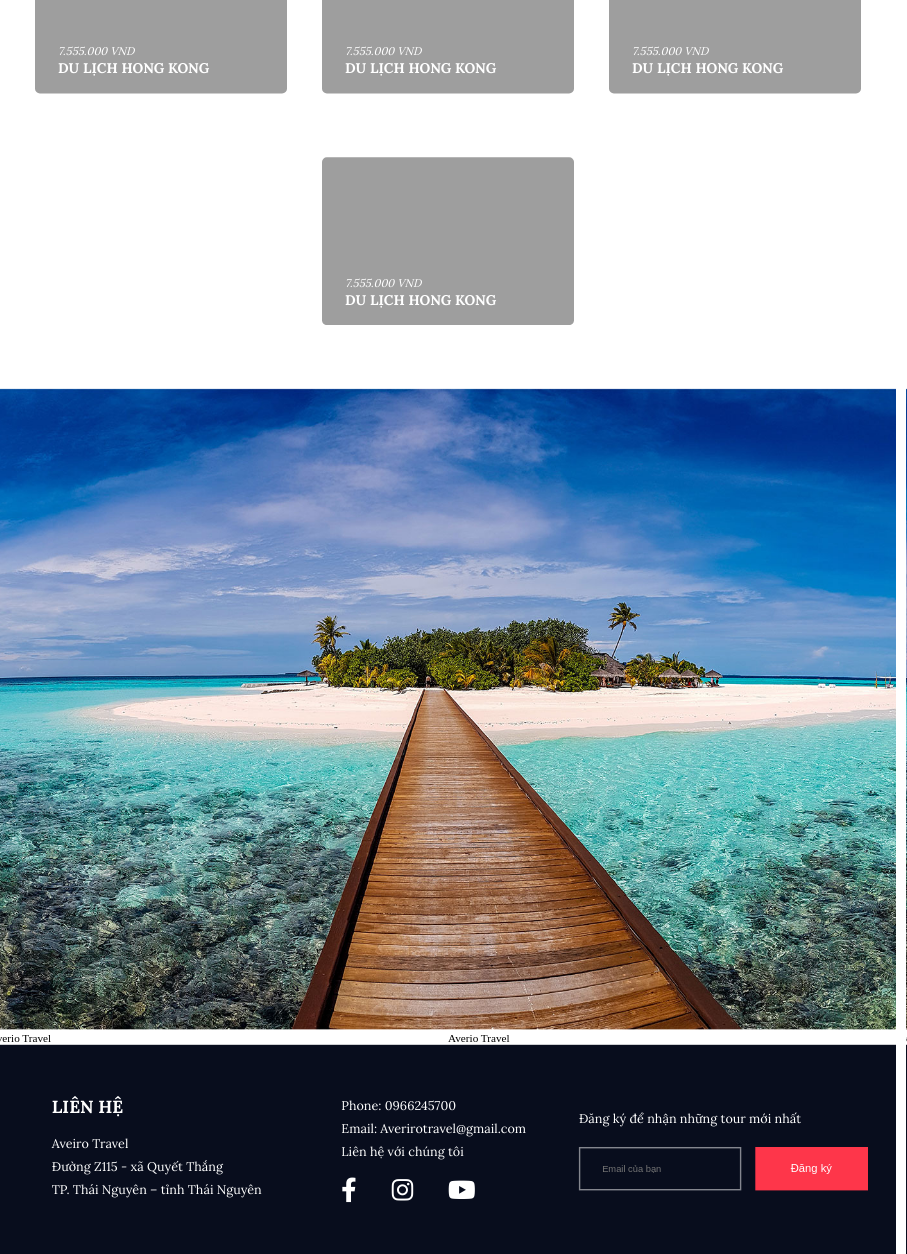
Repository: tuan842001/demotest
Page: /
The author's editor kept a copy of each file at every save. The page is drawn from the files as they stood at one save, then again after the next save.
The browser window is 1280 px wide. The page is 1295 px wide, so the pictures cover 1295 px, including what lies to the right of the window. The pictures show the part of the page from y = 1152 to 3032 px (the page is 2944 px tall before and 3032 px after), at 70% of full size.
Pictures or frames that could not be fetched are drawn as grey boxes. The project was rebuilt for these pictures with package versions that can differ from the ones it lists, and the page was loaded fresh each time. Also part of the build but not shown: src/pages/intour/Intour.jsx.

Above is the page before, as saved 2021-10-14 00:21:50.

### public/index.html
<!DOCTYPE html>
<html lang="en">
  <head>
    <meta charset="utf-8" />
    <link rel="icon" href="%PUBLIC_URL%/favicon.ico" />
    <meta name="viewport" content="width=device-width, initial-scale=1" />
    <meta name="theme-color" content="#000000" />
    <meta name="description" content="Web site created using create-react-app"/>
    <link href="https://fonts.googleapis.com/css2?family=Lora:wght@400;500;600;700&display=swap" rel="stylesheet">
    <link rel="stylesheet" href="https://cdnjs.cloudflare.com/ajax/libs/font-awesome/6.0.0-beta2/css/all.min.css" integrity="sha512-YWzhKL2whUzgiheMoBFwW8CKV4qpHQAEuvilg9FAn5VJUDwKZZxkJNuGM4XkWuk94WCrrwslk8yWNGmY1EduTA==" crossorigin="anonymous" referrerpolicy="no-referrer" />
    <style>
      * {
        margin: 0;
      }
    </style>
    <title>Aveiro Travel</title>
  </head>
  <body>
    <noscript>You need to enable JavaScript to run this app.</noscript>
    <div id="root"></div>
  </body>
</html>

### src/App.js
import Home from './pages/home/Home';
import Intour from './pages/intour/Intour';
import TopBar from './components/topbar/TopBar';

function App() {
  return (
    <>
      <TopBar/>
      <Home/>
    </>
  );
}

export default App;

### src/pages/home/Home.jsx
import Header from "../../components/header/Header";
import Posts from "../../components/posts/Posts";
import Bottombar from "../../components/bottombar/Bottombar";
import "./home.css";

export default function Home() {
  return (
    <>
      <Header />
      <div className="home">
        <Posts />
      </div>
      <div className="last">
        <img className="lastImg" src="./assets/images/last.jpg" alt="" />
        <div className="row">
          <div className="lastLeft">
            <div className="lastItem">
              <div className="lastItemContainer">
                <div className="lastSubtitle">Averio Travel</div>
              </div>
            </div>
          </div>
          <div className="lastRight">
            <div className="lastItem">
              <div className="lastItemContainer">
                <div className="lastSubtitle">Averio Travel</div>
              </div>
            </div>
          </div>
        </div>
      </div>
      <Bottombar />
    </>
  );
}

### src/components/topbar/TopBar.jsx
import React from "react";
import "./topbar.css";

export default function TopBar() {
  return (
    <div className="top">
      <div className="topLeft">
        <img
          className="topImg"
          src="./assets/images/logoAveiroTravel.png"
          alt=""
        />
      </div>
      <div className="topCenter">
        <ul className="topList">
          <li className="topListItem">Trang Chủ</li>
          <li className="topListItem">Du lịch trong nước</li>
          <li className="topListItem">Du lịch nước ngoài</li>
          <li className="topListItem">Tin tức</li>
          <li className="topListItem">Liên hệ</li>
        </ul>
      </div>
      <div className="topRight">
        <i className="topSearchIcon fas fa-search"></i>
      </div>
    </div>
  );
}

### src/components/header/Header.jsx
import "./header.css";

export default function Header() {
  return (
    <div className="header">
      <div className="headerTitles">
        <span className="headerTitleSm">Take Your Next Trip with</span>
        <span className="headerTitleLg">Aveiro Travel</span>
      </div>
      <img
        className="headerTitImg"
        src="https://scontent.fhan2-1.fna.fbcdn.net/v/t31.18172-8/18836975_1742898855739770_2923034198161573841_o.jpg?_nc_cat=102&ccb=1-5&_nc_sid=e3f864&_nc_ohc=TAHD6liDrAwAX-xH0UD&_nc_oc=AQn9mgeMG2G9nJF3b1xnjH0Gy_GTukwdc_nespOYO40Gl4rFWr8DY_8unS_38Y_LJyo&tn=F0DuRFl6wdbl0pBM&_nc_ht=scontent.fhan2-1.fna&oh=aa71ee572dc3106708f34593a43ac2f4&oe=618D623E"
        alt=""
      />
    </div>
  );
}

### src/components/posts/Posts.jsx
import Post from "../post/Post";
import IntourPost from "../intourPost/IntourPost";
import "./posts.css";

export default function Posts() {
  return (
    <div className="posts">
      <IntourPost />
      <Post />
      <Post />
      <Post />
      <Post />
      <Post />
      <Post />
    </div>
  );
}

### src/components/bottombar/Bottombar.jsx
import "./bottombar.css";

export default function Bottombar() {
  return (
    <div className="bottombar">
      <div className="bottomLeft">
        <span className="bottomTitle">LIÊN HỆ</span>
        <span className="bottomText">Aveiro Travel</span>
        <span className="bottomText">Đường Z115 - xã Quyết Thắng</span>
        <span className="bottomText">TP. Thái Nguyên – tỉnh Thái Nguyên</span>
      </div>
      <div className="bottomCenter">
        <span className="bottomText">Phone: 0966245700</span>
        <span className="bottomText">Email: Averirotravel@gmail.com</span>
        <span className="bottomText">
          Liên hệ với chúng tôi <i></i>
        </span>
        <div className="bottomItem">
          <i className="bottomIcon fab fa-facebook-f"></i>
          <i className="bottomIcon fab fa-instagram"></i>
          <i className="bottomIcon fab fa-youtube"></i>
        </div>
      </div>
      <div className="bottomRight">
        <span className="bottomText">Đăng ký để nhận những tour mới nhất</span>
        <div className="bottomSubscribe">
          <input
            type="email"
            id="bottom_input"
            className="bottom_input"
            placeholder="Email của bạn"
          />
          <button type="submit" id="bottom_button" class="bottom_button">
            Đăng ký
          </button>
        </div>
      </div>
    </div>
  );
}

### src/pages/home/home.css
.home{
    display: flex;
}
.lastImg{
    width: 100%;
    height: 915px;
    object-fit: cover;
}
.row{
    display: -ms-flexbox;
    display: flex;
    -ms-flex-wrap: wrap;
    flex-wrap: wrap;
    margin-right: -15px;
    margin-left: -15px;
}
.lastLeft, .lastRight{
    flex: 6;
}
.lastItem{
    padding-right: 41px;
}

### src/components/intourPost/IntourPost.jsx
import "./intourPost.css";

export default function IntourPost() {
  return (
    <div className="intourPost">
      <img
        className="postImg"
        src="http://localhost/halotrip/view/images/tour/Hollywood-Walk-of-Fame_220247812.jpg"
        alt=""
      />
      <div className="postInfo">
        <span className="postPrice">7.555.000 VND</span>

        <span className="postTitle">DU LỊCH HONG KONG</span>
      </div>
    </div>
  );
}

### src/components/topbar/topbar.css
.top{
    width: 100%;
    height: 90px;
    background-color: #f9f9f9;
    position: sticky;
    top: 0;
    display: flex;
    align-items: center;
    font-family: 'Lora', serif;
    color: #666;
    z-index: 999;
}

.topLeft{
    flex: 2;
    display: flex;
    align-items: center;
    justify-content: center;
}
.topCenter{
    flex: 8;
}
.topRight{
    flex: 1;
    display: flex;
    align-items: center;
    justify-content: center;
}
.topImg{
    width: 140px;
    height: 140px;
    object-fit: cover;
}
.topList{
    display: flex;
    justify-content: end;
    margin: 0;
    padding: 0;
    list-style: none;
}
.topListItem{
    margin-right: 40px;
    font-size: 20px;
    font-weight: 400;
    cursor: pointer;
}
.topSearchIcon{
    font-size: 25px;
    color: #666;
    cursor: pointer;
}

### src/components/header/header.css

.headerTitles{
    display: flex;
    flex-direction: column;
    align-items: center;
    font-family: 'Lora', serif;
    color: #fff;
}
.headerTitleSm{
    position: absolute;
    top: 20%;
    font-size: 80px;
}
.headerTitleLg{
    position: absolute;
    top: 30%;
    font-size: 80px;
}
.headerTitImg{
    width: 100%;
    height: 500px;
    object-fit: cover;
}

### src/components/post/Post.jsx
import "./post.css";
export default function Post() {
  return (
    <div className="post">
      <img
        className="postImg"
        src="http://localhost/halotrip/view/images/tour/Hollywood-Walk-of-Fame_220247812.jpg"
        alt=""
      />
      <div className="postInfo">
        <span className="postPrice">7.555.000 VND</span>

        <span className="postTitle">DU LỊCH HONG KONG</span>
      </div>
    </div>
  );
}

### src/components/posts/posts.css
.posts {
    padding-top: 120px;
    display: flex;
    flex-wrap: wrap;
    align-items: center;
    justify-content: center;
    width: 100%;
    padding-right: 15px;
    padding-left: 15px;
    margin-right: auto;
    margin-left: auto;
}

### src/components/bottombar/bottombar.css
.bottombar{
    width: 100%;
    height: 300px;
    background-color: #080d1d;
    display: flex;
    align-items: center;
    font-family: 'Lora', serif;
    color: #fff;
    font-size: 18px;
}
.bottomLeft, .bottomCenter {
    flex: 3;
    display: flex;
    flex-direction: column;
    justify-content: center;
    margin-left: 74px;
}

.bottomRight{
    flex: 4;
    display: flex;
    flex-direction: column;
    justify-content: center;
}
.bottomTitle{
    font-size: 25px;
    font-weight: 700;
    margin-bottom: 25px;
}
.bottomText{
    margin-bottom: 10px;
}
.bottomIcon{
    font-size: 35px;
    margin-top: 15px;
    margin-right: 50px;
    cursor: pointer;
}
.bottomSubscribe{
    display: flex;
    margin-top: 20px;
}
.bottom_input{
    width: calc(65% - 100px);
    height: 56px;
    border: solid 2px rgba(255,255,255,0.5);
    outline: none;
    background: transparent;
    padding-left: 31px;
    color: #FFFFFF;
}
.bottom_button{
    width: 161px;
    height: 62px;
    vertical-align: top;
    cursor: pointer;
    border: none;
    outline: none;
    background: #fe364a;
    color: #FFFFFF;
    font-size: 16px;
    margin-left: 20px;
    font-weight: 500;
    -webkit-transition: all 200ms ease;
    -moz-transition: all 200ms ease;
    -ms-transition: all 200ms ease;
    -o-transition: all 200ms ease;
    transition: all 200ms ease;
}

### src/components/intourPost/intourPost.css
.intourPost {
    width: 360px;
    margin: 0px 25px 40px 25px;
    cursor: pointer;
    position: relative;
}
.postImg{
    width: 100%;
    height: 240px;
    object-fit: cover;
    border-radius: 7px;
}
.postInfo{
    display: flex;
    flex-direction: column;
    left: 33px;
    bottom: 75px;
    color: #fff;
}
.post div {
    position: relative;
    box-sizing: border-box;
}
.postTitle{
    font-family: 'Lora', serif;
    font-size: 20px;
    font-weight: 700;
    margin-top: 2px;
}
.postPrice{
    font-family: 'Lora', serif;
    font-style: italic;
}

### src/components/post/post.css
.post {
    width: 360px;
    margin: 0px 25px 40px 25px;
    cursor: pointer;
    position: relative;

}
.postImg{
    width: 100%;
    height: 240px;
    object-fit: cover;
    border-radius: 7px;
}
.postInfo{
    display: flex;
    flex-direction: column;
    left: 33px;
    bottom: 75px;
    color: #fff;
}
.post div {
    position: relative;
    box-sizing: border-box;
}
.postTitle{
    font-family: 'Lora', serif;
    font-size: 20px;
    font-weight: 700;
    margin-top: 2px;
}
.postPrice{
    font-family: 'Lora', serif;
    font-style: italic;
}

Loaded but not shown: src/index.js (common file); src/pages/intour/intour.css (no stored copy; drawn as an empty file)

After the next save:
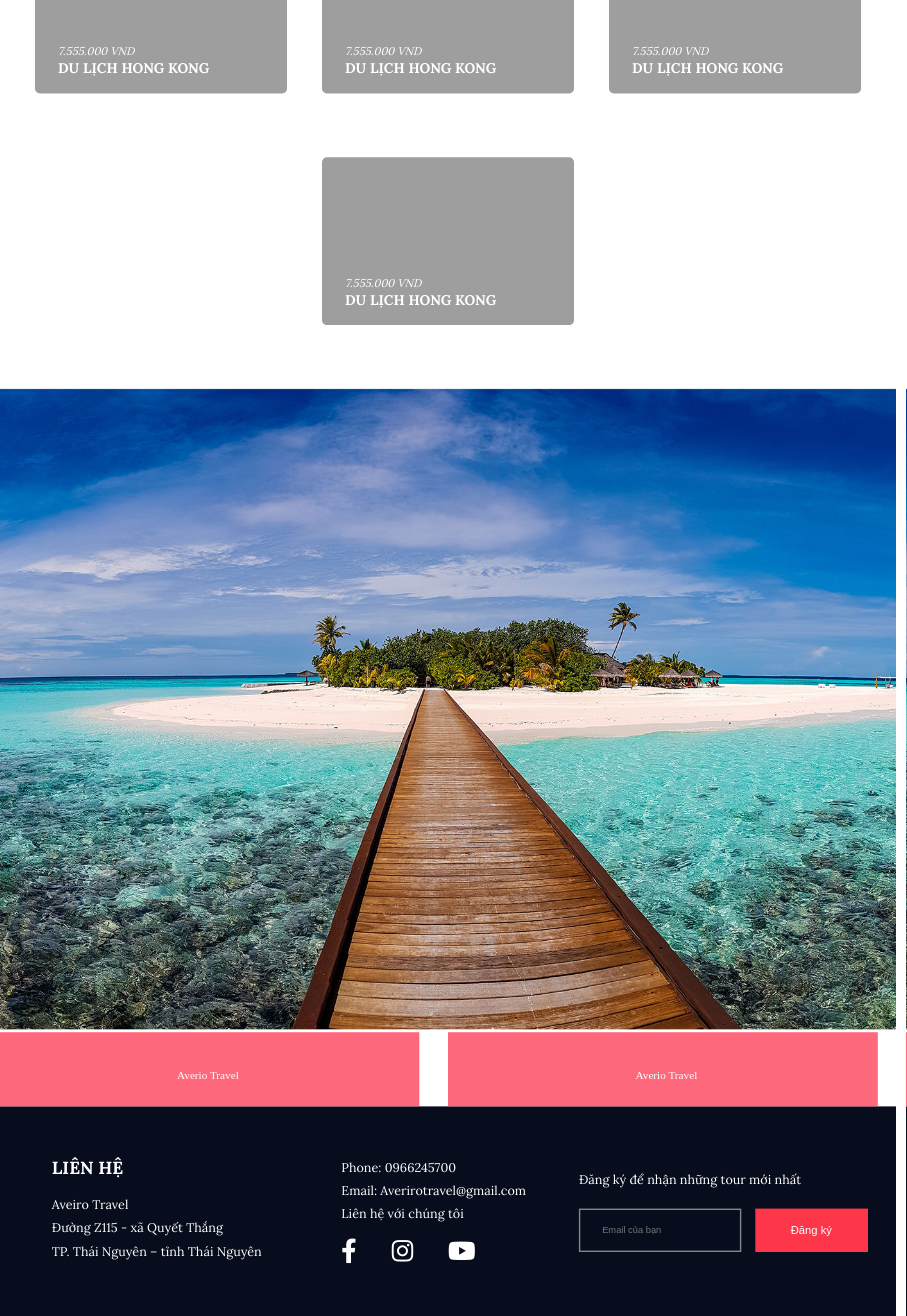
Saved 46 s later.
--- a/src/pages/home/home.css
+++ b/src/pages/home/home.css
@@ -20,3 +20,12 @@
 .lastItem{
     padding-right: 41px;
 }
+.lastItemContainer{
+    background: rgba(254, 64, 91, 0.79);
+    padding-top: 53px;
+    padding-bottom: 35px;
+    color: #FFFFFF;
+    text-align: center;
+    padding-left: 90px;
+    padding-right: 80px;
+}
